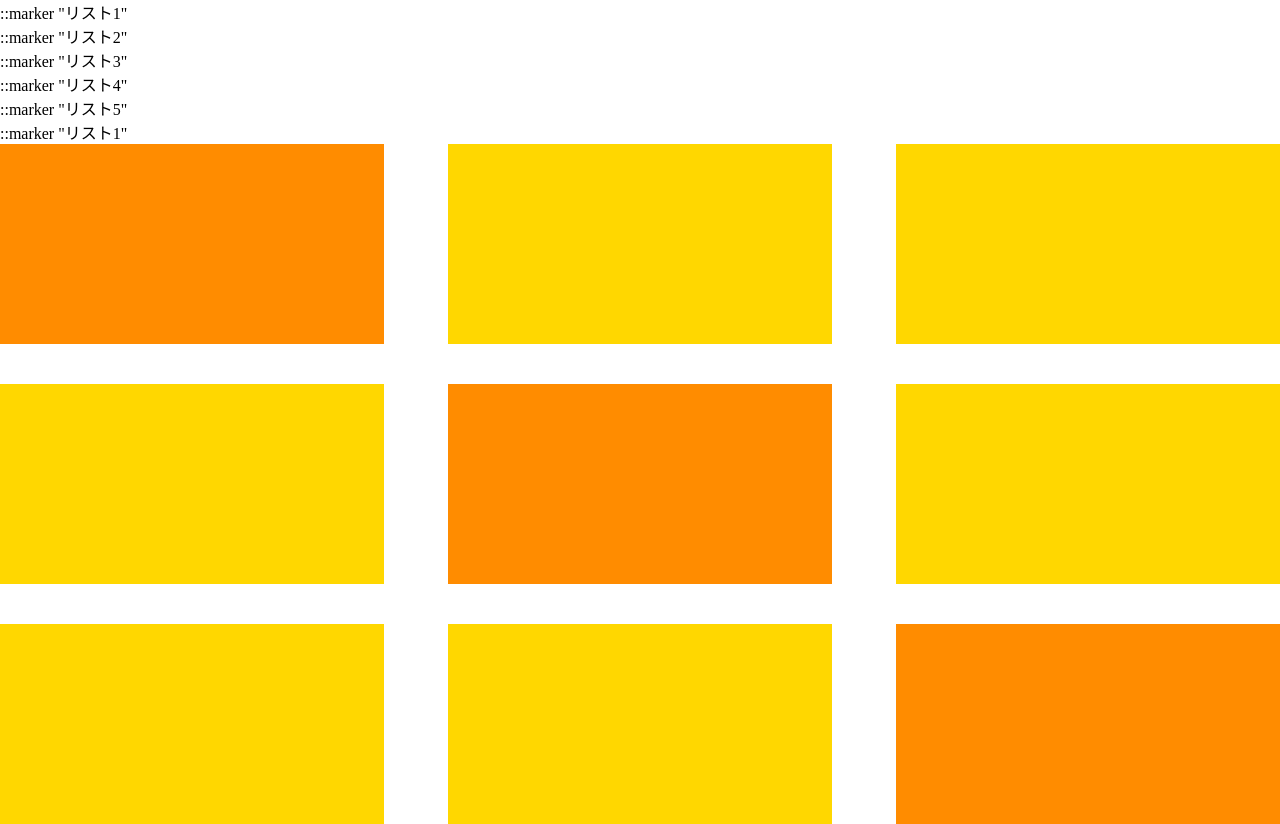
Repository: tkikokiko/webcamp-practice
Page: 1-8/index1-8.html
The author's editor kept a record of every edit. The page is drawn from the files as they stood at one moment, then again after the next edit.
The browser window is 1280 px wide. The pictures show the whole page.

Above is the page before.

### 1-8/index1-8.html
<!DOCTYPE html>
<html lang="ja">
  <head>
    <meta charset="UTF-8" />
    <link rel="stylesheet" href="style1-8.css" />
    <title>kadai1-8</title>
  </head>

  <body>
    <ul class="item-list">
      <li class="item">
        ::marker
        "リスト1"
      </li>
      <li class="item">
        ::marker
        "リスト2"
      </li>
      <li class="item">
        ::marker
        "リスト3"
      </li>
      <li class="item">
        ::marker
        "リスト4"
      </li>
      <li class="item">
        ::marker
        "リスト5"
      </li>
      <li class="item">
        ::marker
        "リスト1"
      </li>
    </ul>
    <!--<div class="list">-->
    <!--  <p class"=list-text">リスト1</p>-->
    <!--  <p class"=list-text">リスト2</p>-->
    <!--  <p class"=list-text">リスト3</p>-->
    <!--  <p class"=list-text">リスト4</p>-->
    <!--  <p class"=list-text">リスト5</p>-->
    <!--  <p class"=list-text">リスト6</p>-->
    <!--  <p class"=list-text">リスト7</p>-->
    <!--</div>-->

    <div class="boxs">
      <div class="box"></div>
      <div class="box"></div>
      <div class="box"></div>
      <div class="box"></div>
      <div class="box"></div>
      <div class="box"></div>
      <div class="box"></div>
      <div class="box"></div>
      <div class="box"></div>
    </div>

  </body>
</html>

### 1-8/style1-8.css
* {
  margin: 0;
  padding: 0;
  box-sizing: border-box;
}

.list {
  /*display: flex;*/
  /*justify-content: center;*/
  margin: 50 auto;
  width: 960px;
}

.list-text {
  width: 960px;
  font-size: 15px;
  display: inline-block;
  padding: 20px;
  color: #6c6b6b;
  font-size: 20px;
}

.list-text:nth-child(odd) {
  background-color: #eee;
}

.boxs {
  display: flex;
  /*justify-content: center;*/
  /*margin: 50 auto;*/
  flex-wrap: wrap;
  /*width: 960px;*/
}

.box {
  height: 200px;
  background-color: #ffd700;
  width: 30%;
  height: 200px;
  margin-right: 5%;
  margin-bottom: 40px;
}

.box:first-child,
.box:nth-child(5),
.box:last-child {
  background-color: #ff8c00;
}

.box:nth-child(3n) {
  margin-right: 0;
}

.box:nth-last-child(-n+3) {
  margin-bottom: 0;
}

After the next edit:
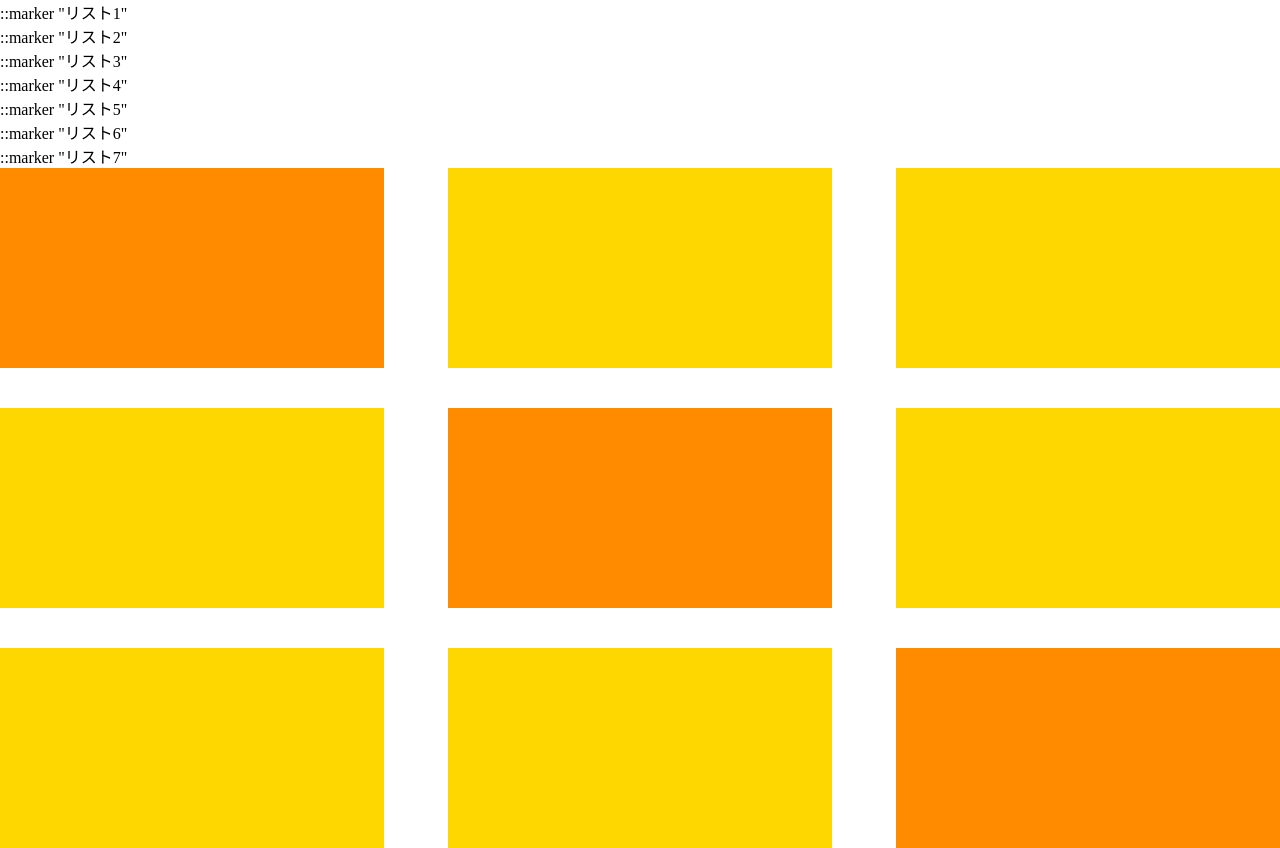
The edit:
--- a/1-8/index1-8.html
+++ b/1-8/index1-8.html
@@ -7,32 +7,37 @@
   </head>
 
   <body>
-    <ul class="item-list">
-      <li class="item">
-        ::marker
-        "リスト1"
-      </li>
-      <li class="item">
-        ::marker
-        "リスト2"
-      </li>
-      <li class="item">
-        ::marker
-        "リスト3"
-      </li>
-      <li class="item">
-        ::marker
-        "リスト4"
-      </li>
-      <li class="item">
-        ::marker
-        "リスト5"
-      </li>
-      <li class="item">
-        ::marker
-        "リスト1"
-      </li>
-    </ul>
+    <main>
+      <ul class="item-list">
+        <li class="item">
+          ::marker
+          "リスト1"
+        </li>
+        <li class="item">
+          ::marker
+          "リスト2"
+        </li>
+        <li class="item">
+          ::marker
+          "リスト3"
+        </li>
+        <li class="item">
+          ::marker
+          "リスト4"
+        </li>
+        <li class="item">
+          ::marker
+          "リスト5"
+        </li>
+        <li class="item">
+          ::marker
+          "リスト6"
+        </li>
+        <li class="item">
+          ::marker
+          "リスト7"
+        </li>
+      </ul>
     <!--<div class="list">-->
     <!--  <p class"=list-text">リスト1</p>-->
     <!--  <p class"=list-text">リスト2</p>-->
